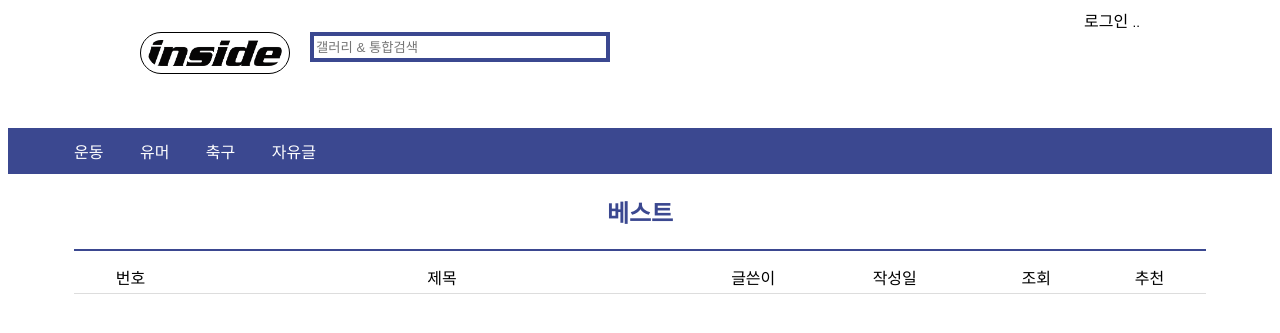
Repository: inhoo123/backup
Page: http://localhost/community-inside/index
The author's editor kept a copy of each file at every save. The page is drawn from the files as they stood at one save, then again after the next save.
The browser window is 1280 px wide. The pictures show the whole page.
Some web fonts or font styles are not loaded; a fallback is used. The page is served by Tomcat 10.

Above is the page before, as saved 2024-06-27 04:07:03.

After the next save:
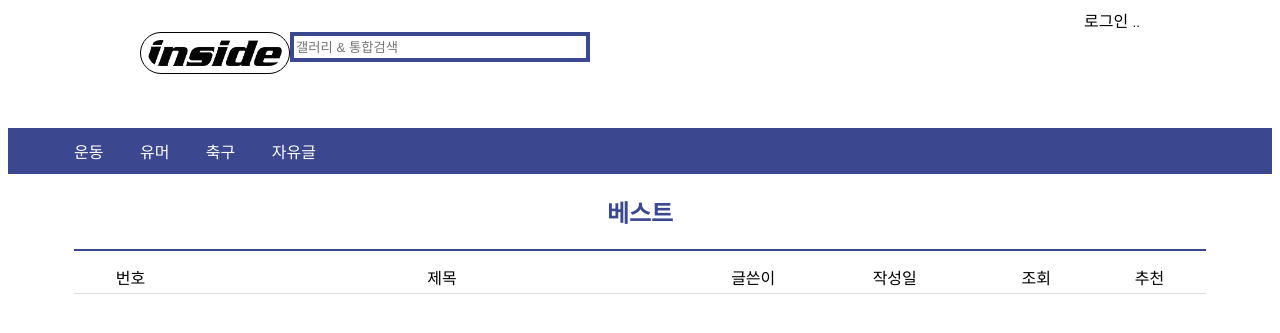
Saved 34 s later.
--- a/web-workspace/community-inside/src/main/webapp/WEB-INF/view/common/header.jsp
+++ b/web-workspace/community-inside/src/main/webapp/WEB-INF/view/common/header.jsp
@@ -25,7 +25,7 @@
 	</div>
 	<!-- logo & searchbar -->
 	<div
-		style="display: flex;  gap: 20px;">
+		style="display: flex;  gab:30px;">
 
 		<a href="${pageContext.servletContext.contextPath }/index"> <img
 			src="${pageContext.servletContext.contextPath }/image/inside.png"

After the save that followed:
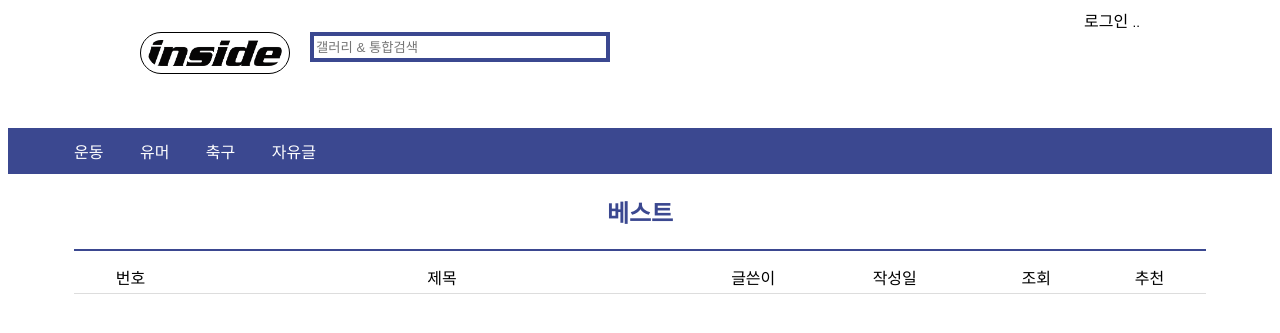
Saved 8 s later.
--- a/web-workspace/community-inside/src/main/webapp/WEB-INF/view/common/header.jsp
+++ b/web-workspace/community-inside/src/main/webapp/WEB-INF/view/common/header.jsp
@@ -25,7 +25,7 @@
 	</div>
 	<!-- logo & searchbar -->
 	<div
-		style="display: flex;  gab:30px;">
+		style="display: flex;  gap: 20px;">
 
 		<a href="${pageContext.servletContext.contextPath }/index"> <img
 			src="${pageContext.servletContext.contextPath }/image/inside.png"
